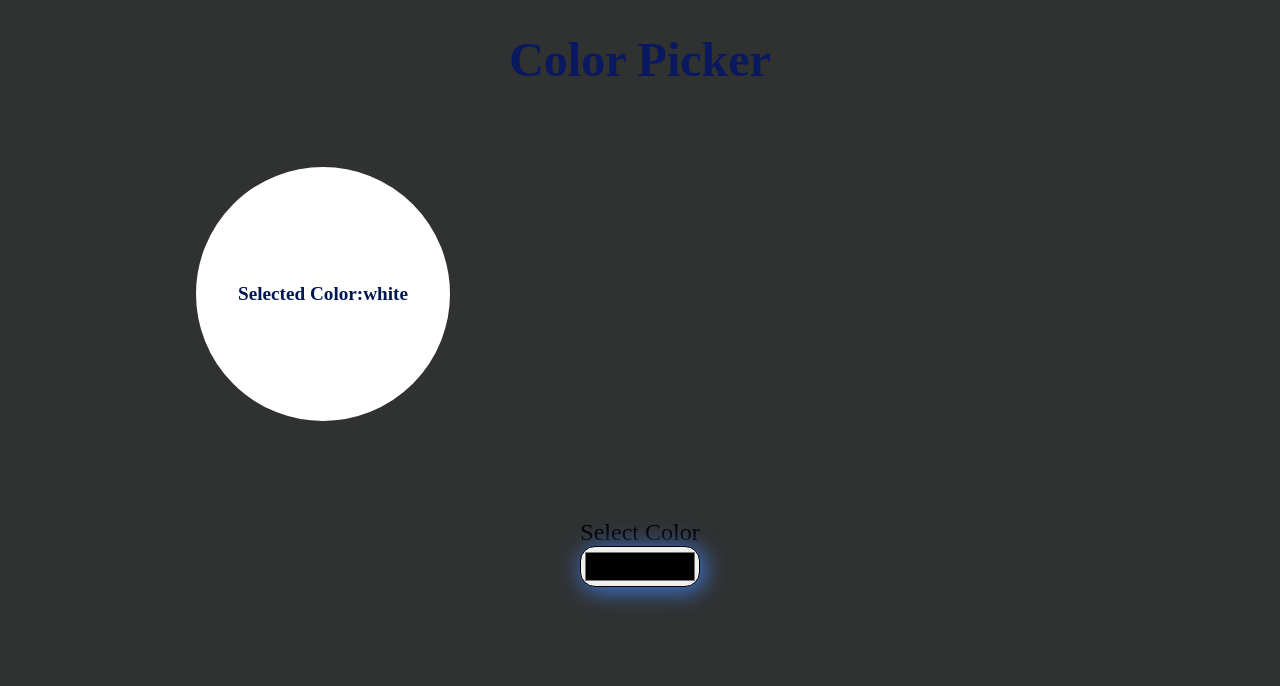
Repository: rkrukshan/Color-Picker--React-
Page: /
The author's editor kept a copy of each file at every save. The page is drawn from the files as they stood at one save, then again after the next save.
The browser window is 1280 px wide. The pictures show the whole page.
The project was rebuilt for these pictures with package versions that can differ from the ones it lists, and the page was loaded fresh each time. Also part of the build but not shown: vite.config.js.

Above is the page before, as saved 2024-07-21 18:56:02.

After the next save:
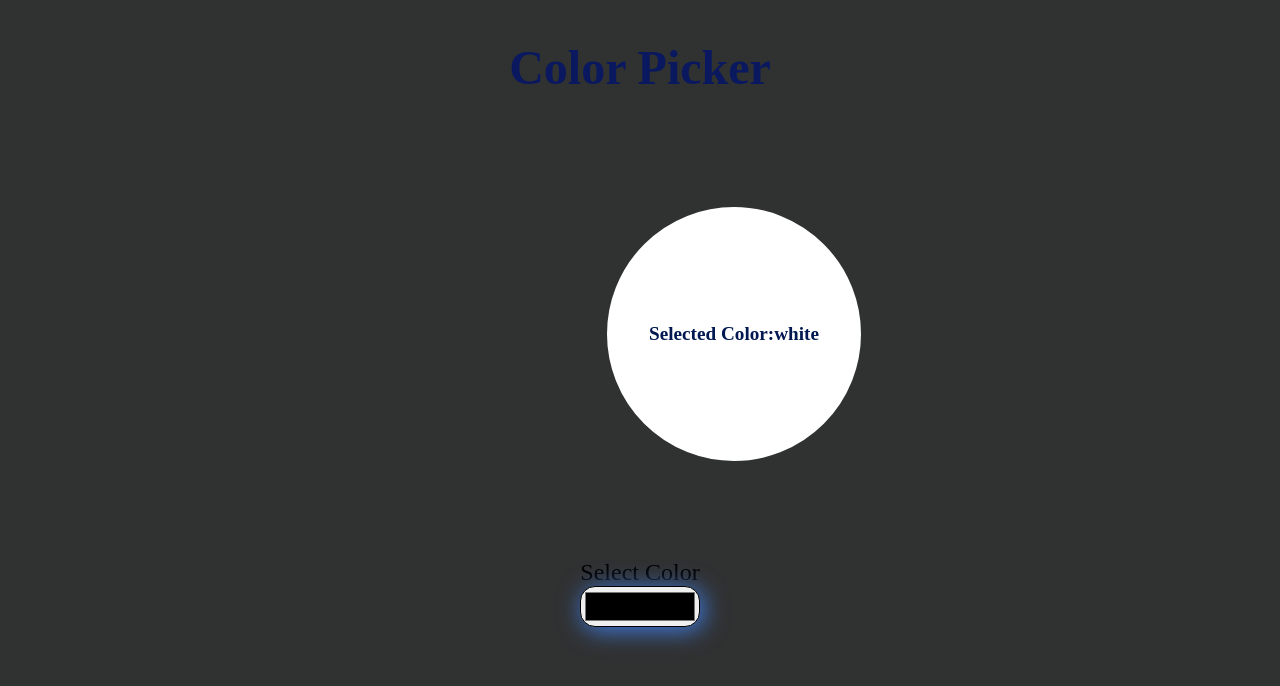
Saved 5 s later.
--- a/src/index.css
+++ b/src/index.css
@@ -3,7 +3,7 @@
 }
 .cp-container {
   text-align: center;
-  display: ;
+  display: grid;
   align-items:center;
   justify-content: center;
 

After the save that followed:
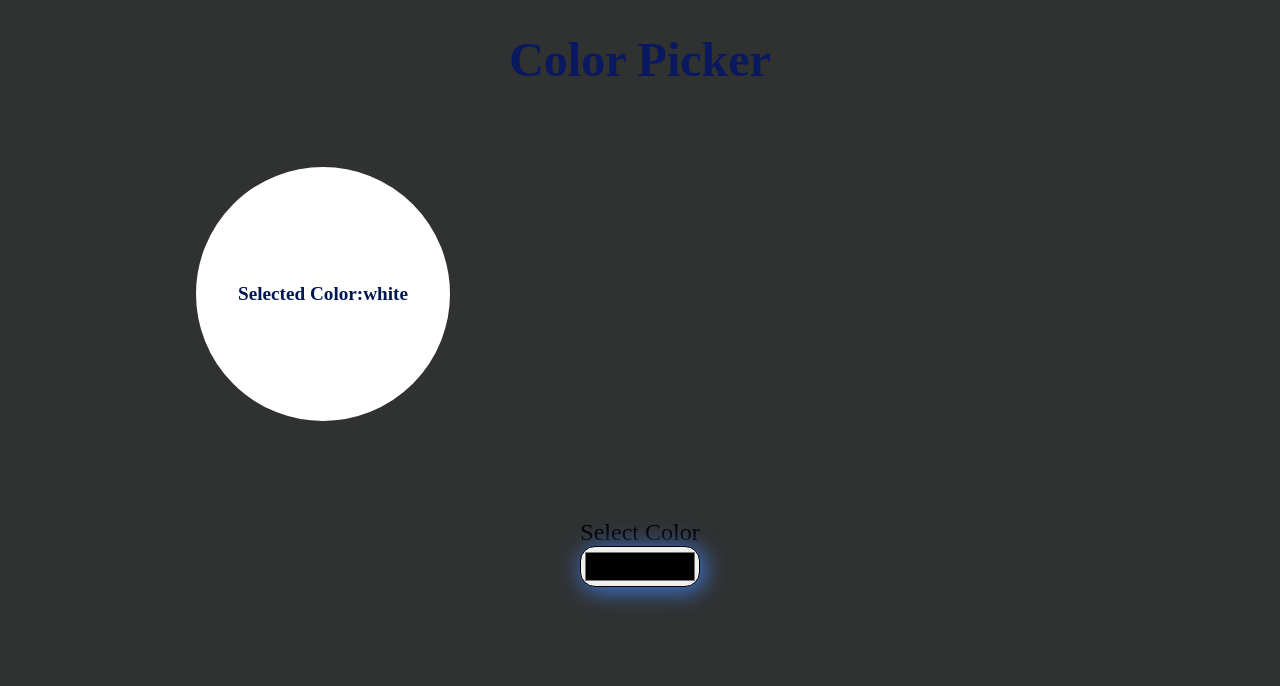
Saved 18 s later.
--- a/src/index.css
+++ b/src/index.css
@@ -3,7 +3,7 @@
 }
 .cp-container {
   text-align: center;
-  display: grid;
+  display: ;
   align-items:center;
   justify-content: center;
 
